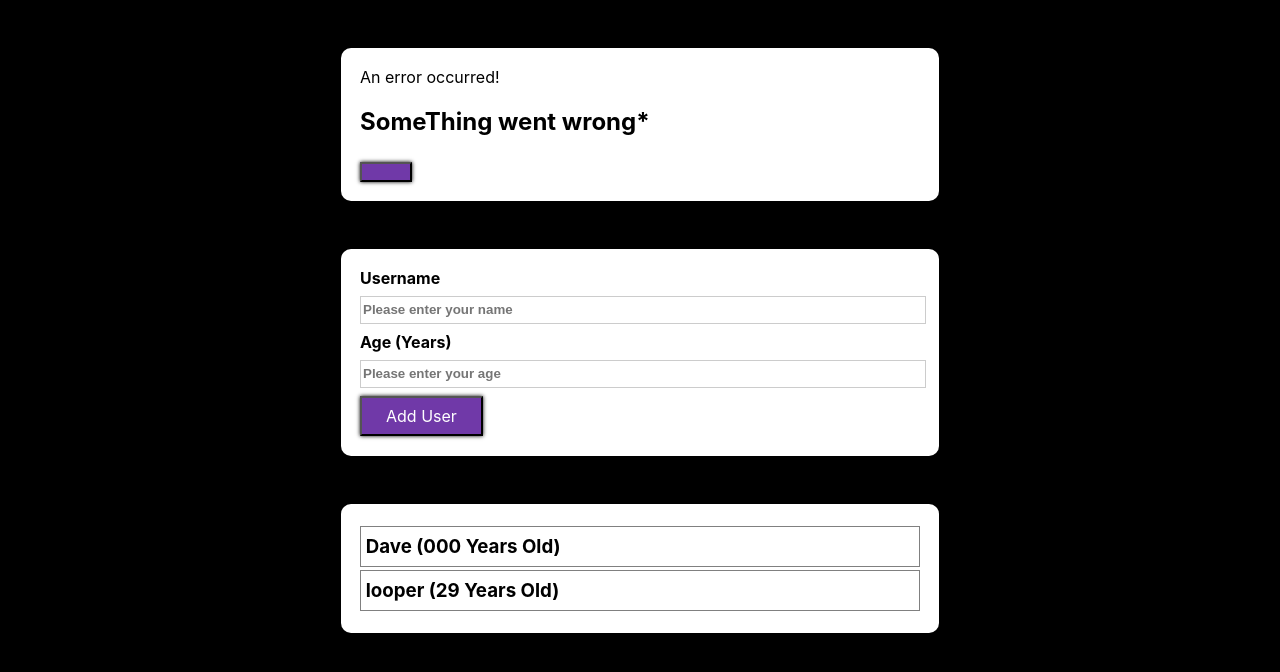
Repository: NamalPathirana/section-eight
Page: /
An editor plug-in stored every save of this project. The page is shown before and after the next save, followed by the edit.
The browser window is 1280 px wide. The pictures show the whole page.
The project was rebuilt for these pictures with package versions that can differ from the ones it lists, and the page was loaded fresh each time. Also part of the build but not shown: src/App.module.css.

Above is the page before, as saved 2021-12-04 13:57:12.

After the next save:
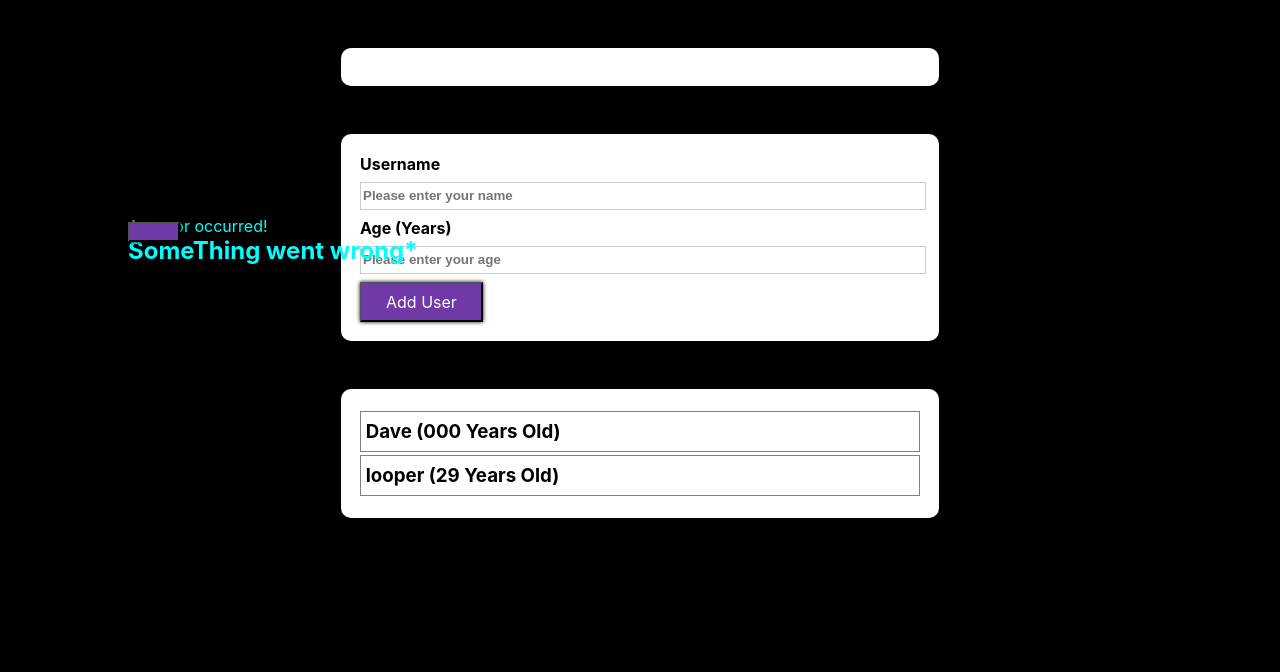
Saved 83 s later.
--- a/src/UI/ErrorModal/ErrorModal.js
+++ b/src/UI/ErrorModal/ErrorModal.js
@@ -1,13 +1,13 @@
-import classes from "./ErrorModal.module.css";
+import styles from "./ErrorModal.module.css";
 import Card from "../Card/Card";
 import Button from "../Button/Button"
 
 const ErrorModal = (props) => {
   return (
-    <Card className={classes.modal}>
-      <header >{props.title}</header>
-      <h2>{props.message}</h2>
-      <footer><Button>Close</Button></footer>
+    <Card className={styles.modal}>
+      <header className={styles.modal} >{props.title}</header>
+      <h2 className={styles.modal}>{props.message}</h2>
+      <footer className={styles.modal}><Button>Close</Button></footer>
     </Card>
   );
 };

After the save that followed:
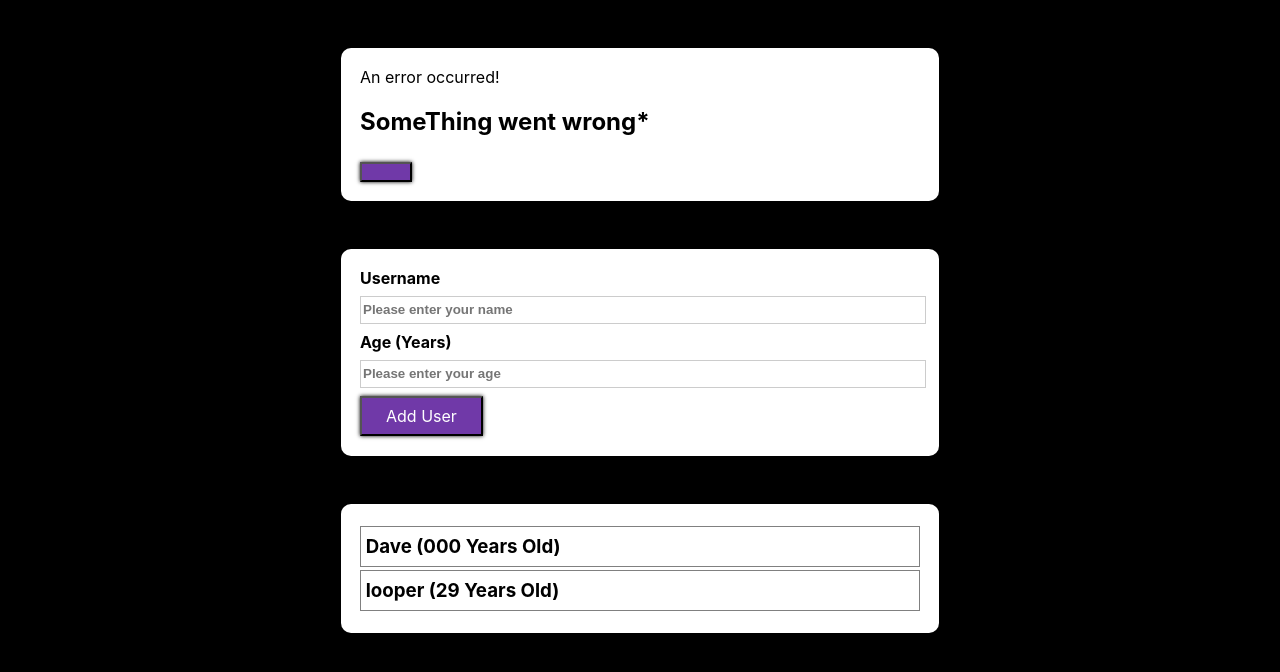
Saved 46 s later.
--- a/src/UI/ErrorModal/ErrorModal.js
+++ b/src/UI/ErrorModal/ErrorModal.js
@@ -5,9 +5,9 @@
 const ErrorModal = (props) => {
   return (
     <Card className={styles.modal}>
-      <header className={styles.modal} >{props.title}</header>
-      <h2 className={styles.modal}>{props.message}</h2>
-      <footer className={styles.modal}><Button>Close</Button></footer>
+      <header className={styles.header} >{props.title}</header>
+      <h2 className={styles.message}>{props.message}</h2>
+      <footer className={styles.footer}><Button>Close</Button></footer>
     </Card>
   );
 };
